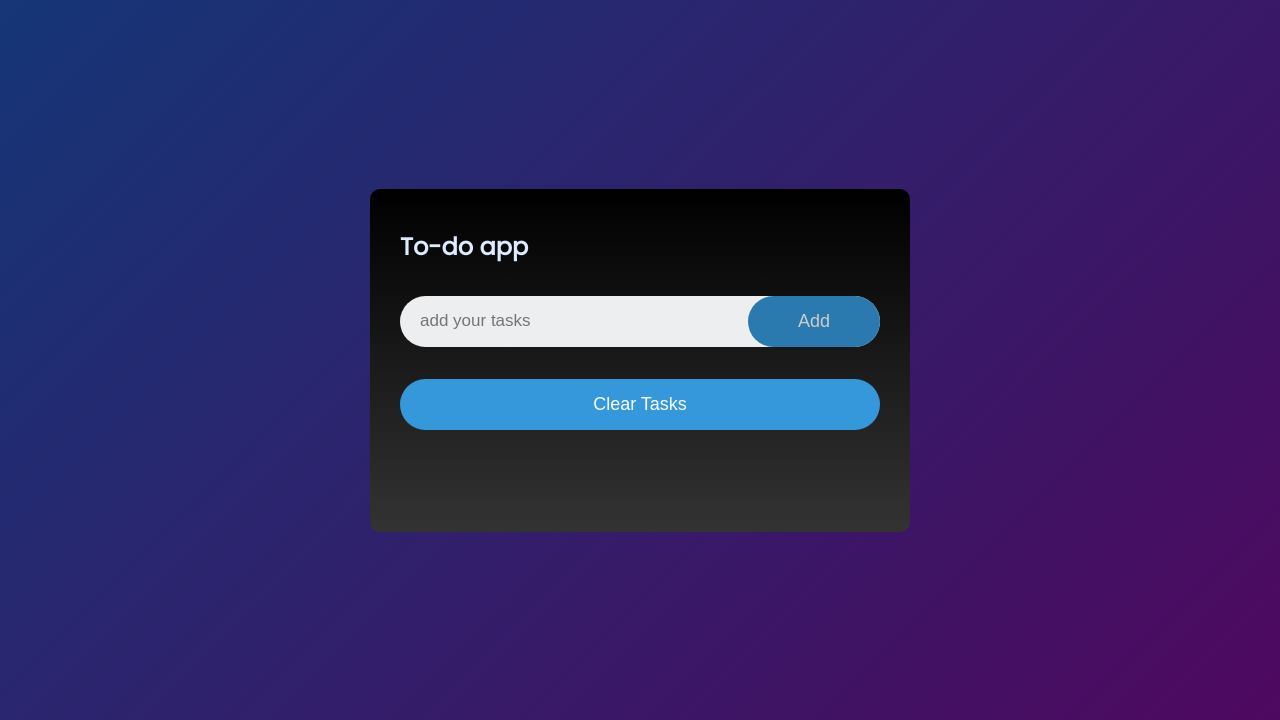
Repository: samoshi/To-do
Page: http://localhost/
These files come from the project's save history. The page is drawn as it stood at one moment and after the next save; the edit follows.
The browser window is 1280 px wide. The pictures show the whole page.
The pointer rests on the first visible `button`.
The page is served by the project's application, run on Flask 3 (app/app.py). Queries for data that is not in the repository find no rows.

Above is the page before, as saved 2024-01-14 21:32:26.

### app/templates/index.html
<!DOCTYPE html>
<html lang="en">

<head>
    <meta charset="UTF-8">
    <meta name="viewport" content="width=device-width, initial-scale=1.0">
    <title>To-Do list</title>
    <link rel="stylesheet" href="{{ url_for('static', filename='style.css') }}" />
    <script src="https://code.jquery.com/jquery-3.6.4.min.js"></script>
    <script src="{{ url_for('static', filename='script.js') }}"></script>
</head>

<body>
    <div class="container">
        <div class="todo-app">
            <div class="app-title">
                <h2>To-do app</h2>
                <i class="fa-solid fa-book-bookmark"></i>
            </div>
            <form action="/add_task" method="post">
                <div class="row">
                    <input type="text" name="title" id="input-box" placeholder="add your tasks" required>
                    <button class="add_button">Add</button>
                </div>
            </form>
            <button class="clear_button" onclick="clearTasks()">Clear Tasks</button>
            <ul id="list-container">
                {% for task in task_list %}
                    {% if task.complete == False %}
                            <li class="incomplete" onclick="toggleChecked(this)">
                                <a href="/complete/{{ task.id }}">{{ task.title }}</a>
                            </li>
                    {% else %}
                            <li class="complete" onclick="toggleChecked(this)">
                                <a href="/complete/{{ task.id }}">{{ task.title }}</a>
                            </li>
                        <!-- <a class="remove-task" href="/remove/{{ task.id }}">X</a> -->
                    {% endif %}
                {% endfor %}
            </ul>

        </div>
    </div>
    <script src="{{ url_for('static', filename='script.js') }}"></script>
</body>

</html>

### app/app.py
from flask import Flask, render_template, request, redirect, url_for, jsonify
from flask_sqlalchemy import SQLAlchemy

app = Flask(__name__)

app.config['SQLALCHEMY_DATABASE_URI'] = 'sqlite:///db.sqlite'
app.config['SQLALCHEMY_TRACK_MODIFICATIONS'] = False
db = SQLAlchemy(app)

class Task(db.Model):
    id = db.Column(db.Integer, primary_key=True)
    title = db.Column(db.String(100))
    complete = db.Column(db.Boolean)

# def save_tasks():
#     with open("tasks.json", "w") as file:
#         json.dump(tasks, file)


# # Load tasks from a file
# def load_tasks():
#     try:
#         with open("tasks.json", "r") as file:
#             lines = file.readlines()
#             tasks = []
#             for line in lines:
#                 parts = line.split(":")
#                 if len(parts) == 2:
#                     description, completed_str = parts
#                     completed = eval(completed_str)
#                     tasks.append({"description": description, "completed": completed})
#             return tasks
#     except FileNotFoundError:
#         return []  # Return an empty list if the file doesn't exist
#     except json.decoder.JSONDecodeError:
#         return []  # Return an empty list if there's an issue decoding JSON

# # Initialize tasks
# tasks = load_tasks()

@app.route('/')
def index():
    task_list = Task.query.all()
    return render_template('index.html', task_list=task_list)

@app.route('/add_task', methods=['POST'])
def add_task():
    title = request.form.get("title")
    new_task = Task(title=title, complete=False)
    db.session.add(new_task)
    db.session.commit()
    return redirect(url_for("index"))

@app.route("/update/<int:task_id>")
def update_task(task_id):
    task = Task.query.filter_by(id=task_id).first()
    task.complete = not task.complete
    db.session.commit()
    return redirect(url_for("index"))

@app.route('/complete/<int:task_id>')
def complete_task(task_id):
    task = Task.query.filter_by(id=task_id).first()
    if task:
        task.complete = not task.complete
        db.session.commit()
    return redirect(url_for('index'))

@app.route('/remove/<int:task_id>')
def remove_task(task_id):
    print("Remove task ()")
    task = Task.query.filter_by(id=task_id).first()
    print("Getting task", task_id)
    db.session.delete(task)
    print("deleted task")
    db.session.commit()
    return redirect(url_for('index'))

@app.route('/clear_tasks')
def clear_tasks():
    db.session.query(Task).delete()
    db.session.commit()
    return redirect(url_for('index'))


if __name__ == '__main__':
    db.create_all()
    app.run(host='0.0.0.0', port=5000, debug=True)

### app/static/style.css
@import url('https://fonts.googleapis.com/css2?family=Poppins&display=swap');


*, *:before, *:after{
    margin: 0;
    padding: 0;
    box-sizing: border-box;
}
body{
    font-family: 'Poppins', sans-serif;
}
.container{
    width: 100%;
    min-height: 100vh;
    background: linear-gradient(135deg, #153677, #4e085f);
    padding: 10px;
    display: flex;
    justify-content: center;
    align-items: center;
}
.todo-app{
    width: 100%;
    max-width: 540px;
    background: linear-gradient(to bottom, #000000, #333333);
    padding: 40px 30px 70px;
    border-radius: 10px;
    display: flex;
    flex-direction: column;
    align-items: left;
    gap: 2rem;
}
.app-title{
    display: flex;
    gap: 1rem;
    align-items: center;
}
.app-title h2, .app-title i{
    color: #ddeaff;
}
.app-title i{
    font-size: 26px;
}

.row{
    display: flex;
    align-items: center;
    justify-content: space-between;
    background-color: #edeef0;
    border-radius: 30px;
}
input{
    width: 100%;
    border: none;
    outline: none;
    background-color: transparent;
    padding: 12px;
    font-size: 17px;
    padding-left: 20px;
}
button.clear_button, button.add_button{
    border: none;
    cursor: pointer;
    outline: none;
    padding: 15px 50px;
    border-radius: 30px;
    background-color: #3498db;
    color: #ffffff;
    font-size: 18px;
    transition: all .25s ease;
}
button:hover{
    filter: brightness(.8);
}

@media screen and (max-width: 400px) {
    button {
        padding: 15px;
        border-radius: 0 30px 30px 0;
    }
}

a,
a.remove-task {
    text-decoration: none;
    align-items: center;
    color: #333;
    cursor: pointer;
}

li {
    font-size: 17px;
    margin-top: 5px;
    position: relative;
    transition: background-color 0.2s ease;
    border-radius: 10px;
    list-style-type: none;
    outline: 2px solid #7289da;
}

li a {
    display: block;
    font-size: 17px;
    padding: 12px 8px 12px 50px;
    text-decoration: none;
    color: #ffffff;
    transition: color 0.2s ease;
}

li.incomplete {
    background-color: #2c2f33; /* Red background for incomplete */
}

li.complete {
    background-color: #23272a; /* Green background for complete */
}

li a:hover {
    /* Optional: Add styles for hover effect */
    background-color: #27ae60; /* Slightly darker green hover effect */
    color: #fff; /* White text on hover for better contrast */
}

li.incomplete a:hover {
    /* Optional: Add styles for hover effect */
    background-color: #7289da; /* Lighter green hover effect for complete */
    color: #fff; /* Black text on hover for better contrast */
}

li.complete a:hover {
    /* Optional: Add styles for hover effect */
    background-color: #30363d; /* Lighter green hover effect for complete */
    color: #fff; /* Black text on hover for better contrast */
}

ul li::before {
    position: absolute;
    content: '';
    width: 24px;
    height: 24px;
    font-size: 18px;
    border-radius: 50%;
    left: 0;
    top: 50%;
    transform: translateY(-50%);
    line-height: 24px;
    text-align: center;
    transition: background-color 0.2s ease;
    pointer-events: none;
}

ul li.incomplete::before {
    content: 'X';
    color: #ff5945;
}

ul li.complete::before {
    content: '\2713';
    color: #07700e;
}


button.remove {
    position: absolute;
    right: 0;
    transform: translateY(-50%);
    width: 30px;
    height: 30px;
    border-radius: 50%;
    color: #555;
    font-size: 18px;
    transition: all .2s ease;
}
button.remove:hover{
    background-color: #c9c9c9;
    color: #fff;
}

### app/static/script.js
// // ...

// document.addEventListener("DOMContentLoaded", function () {
//     const inputBox = document.getElementById("input-box");
//     const button = document.querySelector("button");
//     const list = document.getElementById("list-container");

//     list.addEventListener("click", (e) => {
//         if (e.target.tagName === "LI") {
//             e.target.classList.toggle("checked");
//             saveData();
//         } else if (e.target.tagName === "SPAN") {
//             e.target.parentElement.remove();
//             saveData();
//         }
//     });

//     button.addEventListener("click", function () {
//         if (inputBox.value.trim() !== '') {
//             addTask(inputBox.value);
//         } else {
//             alert("Please enter a non-empty task.");
//         }
//     });

//     function addTask(description) {
//         // Make an AJAX request to the Flask server's /add_task route
//         fetch("/add_task", {
//             method: "POST",
//             headers: {
//                 "Content-Type": "application/json",
//             },
//             body: JSON.stringify({ description: description }),
//         })
//             .then(response => response.json())
//             .then(data => console.log(data))
//             .catch(error => console.error("Error:", error));
//     }

//     function showTask() {
//         // Fetch tasks from the Flask server's /tasks route
//         fetch("/tasks")
//             .then(response => response.json())
//             .then(tasks => {
//                 list.innerHTML = ""; // Clear the visible list
//                 tasks.forEach(task => {
//                     let li = document.createElement("li");
//                     li.innerHTML = task.description;
//                     if (task.completed) {
//                         li.classList.add("checked");
//                     }
//                     list.appendChild(li);
//                     let span = document.createElement("span");
//                     span.innerHTML = "x";
//                     li.appendChild(span);
//                 });
//             })
//             .catch(error => console.error("Error:", error));
//     }

//     window.addEventListener("load", showTask);

//     // Clear Tasks function
//     window.clearTasks = function () {
//         localStorage.removeItem("data");
//         list.innerHTML = ""; // Clear the tasks from the visible list
//     };
// });

After the next save:
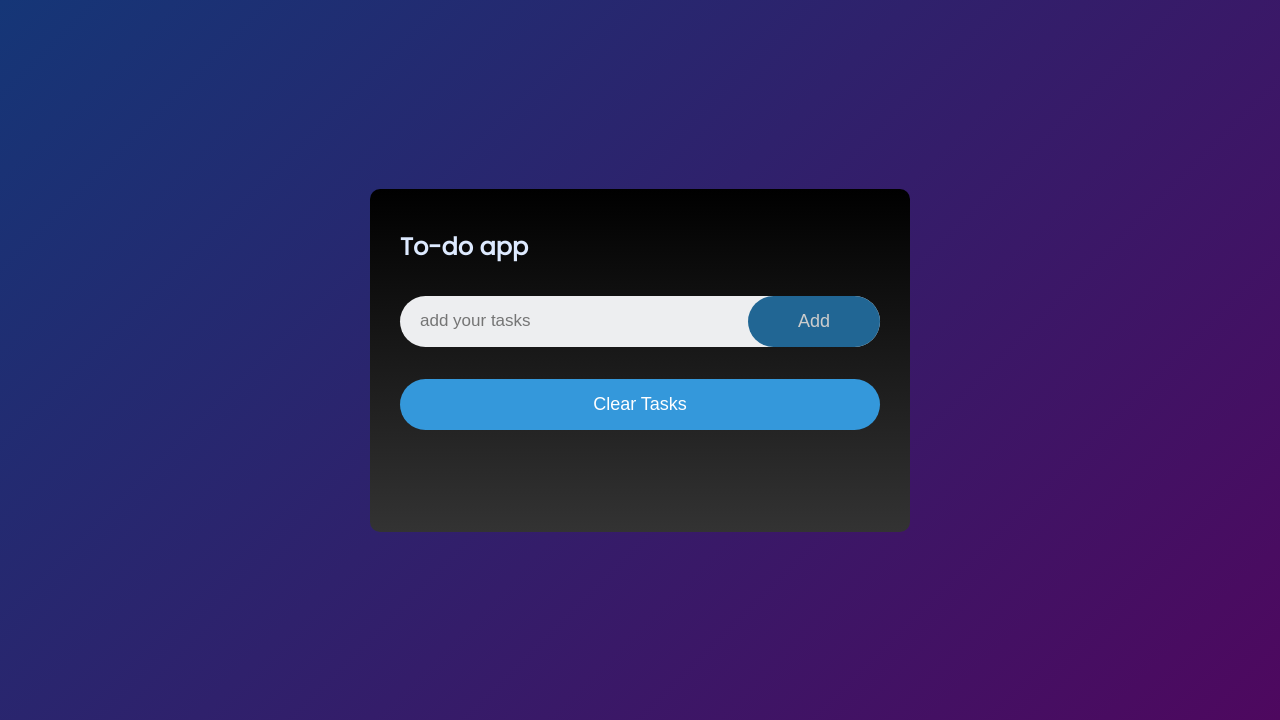
Saved 10 s later.
--- a/app/static/style.css
+++ b/app/static/style.css
@@ -70,6 +70,7 @@ button.clear_button, button.add_button{
 }
 button:hover{
     filter: brightness(.8);
+    background-color: #2980b9;
 }
 
 @media screen and (max-width: 400px) {
